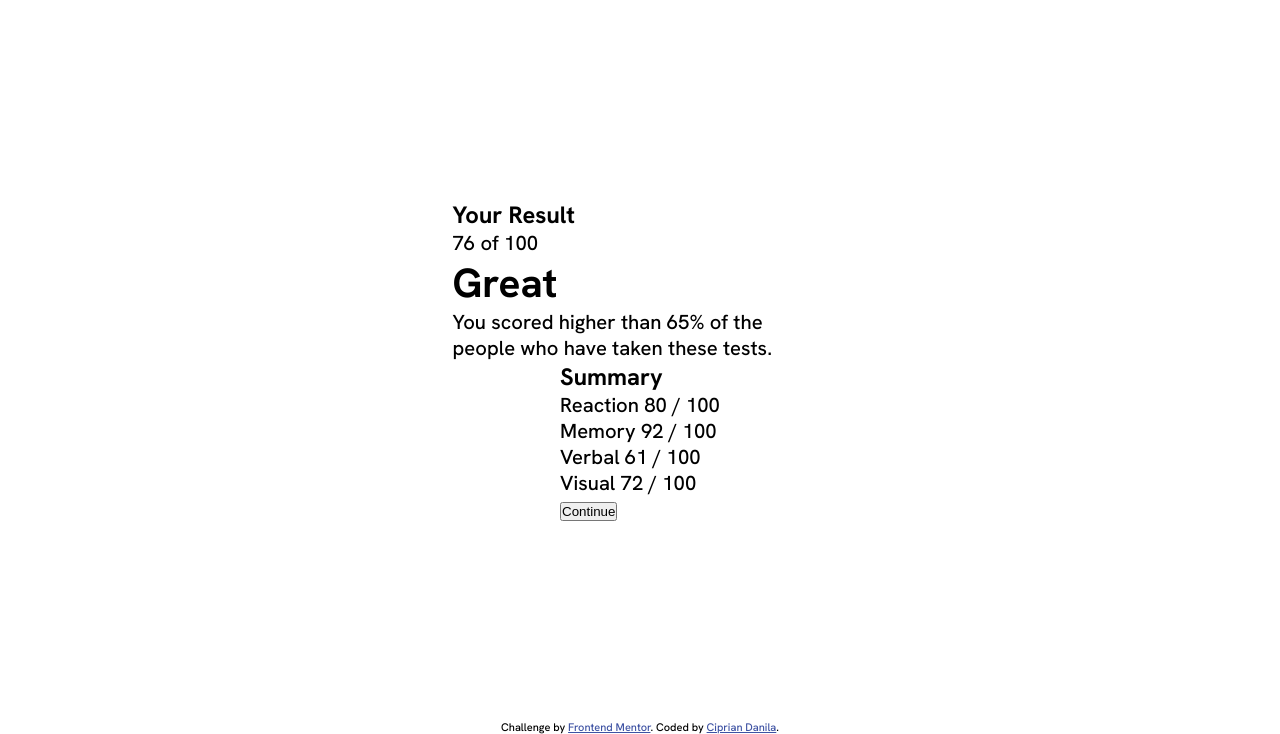
Repository: cipdanila/results-summary-component
Page: index.html
These files come from the project's save history. The page is drawn as it stood at one moment and after the next save; the edit follows.
The browser window is 1280 px wide. The pictures show the whole page.

Above is the page before, as saved 2024-02-01 20:23:01.

After the next save:
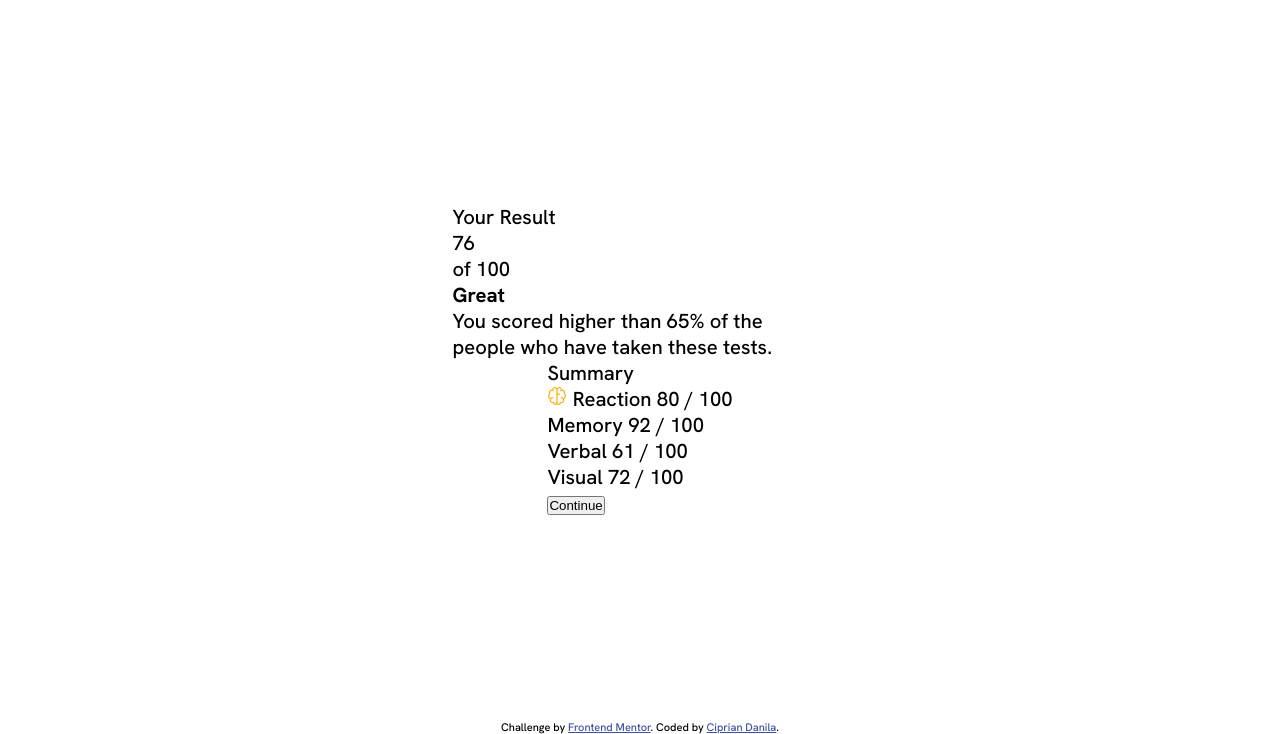
Saved 23 h 59 min later.
--- a/index.html
+++ b/index.html
@@ -13,17 +13,22 @@
         <main>
             <div class="card">
                 <div class="result">
-                    <h3>Your Result</h3>
-                    <div class="score">76 of 100</div>
-                    <h1>Great</h1>
+                    <p id="result-title">Your Result</p>
+                    <div class="score-circle">
+                        <div class="big-num">76</div>
+                        <div class="small-text">of 100</div>
+                    </div>
+                    <h4>Great</h4>
                     <p>You scored higher than 65% of the people who have taken these tests.</p>
                 </div>
                 <div class="summary">
-                    <h3>Summary</h3>
-                    <div class="reaction">Reaction 80 / 100</div>
-                    <div class="memory">Memory 92 / 100</div>
-                    <div class="verbal">Verbal 61 / 100</div>
-                    <div class="visual">Visual 72 / 100</div>
+                    <p id="summary">Summary</p>
+                    <div class="reaction">
+                        <img src="./assets/images/icon-memory.svg" alt="">
+                        Reaction <span class="percent">80</span> / <span class="hundred">100</span></div>
+                    <div class="memory">Memory <span class="percent">92</span> / <span class="hundred">100</span></div>
+                    <div class="verbal">Verbal <span class="percent">61</span> / <span class="hundred">100</span></div>
+                    <div class="visual">Visual <span class="percent">72</span> / <span class="hundred">100</span></div>
                     <button class="continue" type="button">Continue</button>
                 </div>
             </div>
